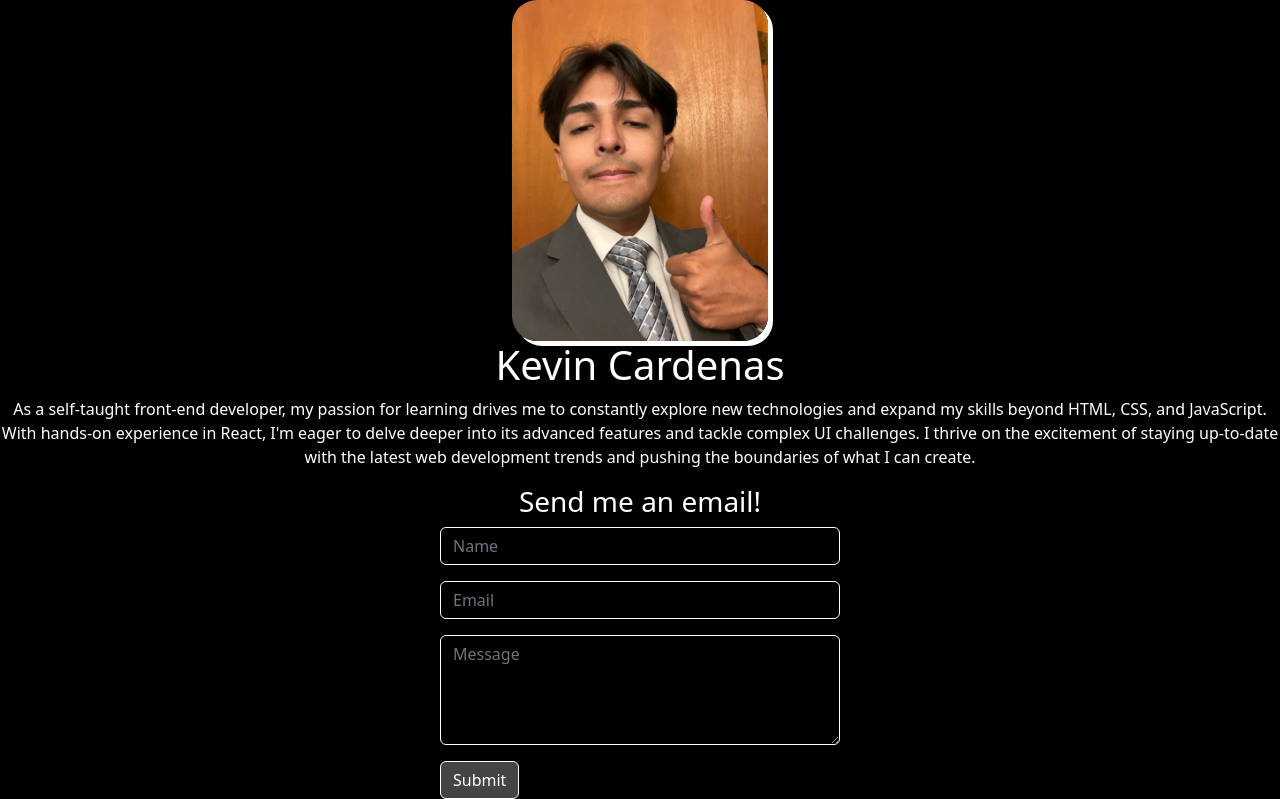
Repository: elqueben/elqueben.github.io
Page: public/index.html
The author's editor kept a copy of each file at every save. The page is drawn from the files as they stood at one save, then again after a run of saves.
The browser window is 1280 px wide. The pictures show the whole page.
The pointer rests on the first visible `.btn-primary`.

Above is the page before, as saved 2023-06-20 12:00:49.

### public/index.html
<!DOCTYPE html>
<html lang="en">
<head>
  <meta charset="UTF-8">
  <meta name="viewport" content="width=device-width, initial-scale=1.0">
  <link rel="stylesheet" href="https://cdn.jsdelivr.net/npm/bootstrap@5.2.3/dist/css/bootstrap.min.css" integrity="sha384-rbsA2VBKQhggwzxH7pPCaAqO46MgnOM80zW1RWuH61DGLwZJEdK2Kadq2F9CUG65" crossorigin="anonymous">
  <link rel="stylesheet" href="styles.css">
  <title>elqueben</title>
</head>
<body>
  <div>
    <img id="pfp" src="me.jpg" />
  </div>
  <h1 class="text-center">Kevin Cardenas</h1>
  <p class="text-center">As a self-taught front-end developer, my passion for learning drives me to constantly explore new technologies and expand my skills beyond HTML, CSS, and JavaScript. With hands-on experience in React, I'm eager to delve deeper into its advanced features and tackle complex UI challenges. I thrive on the excitement of staying up-to-date with the latest web development trends and pushing the boundaries of what I can create.</p>
  <div>
    <div>
      <h3 class="text-center">Send me an email!</h3>
      <form class="my-form">
        <div class="mb-3">
          <input type="text" name="name" class="form-control" placeholder="Name">
        </div>
        <div class="mb-3">
          <input type="email" name="email" class="form-control" placeholder="Email">
        </div>
        <div class="mb-3">
          <textarea class="form-control" rows="4" placeholder="Message"></textarea>
        </div>
        <button type="submit" class="btn btn-primary">Submit</button>
      </form>
    </div>
  </div>
</body>
</html>

### public/styles.css
#pfp {
    width: 20%;
    display: block;
    margin: 0 auto;
    border: 2px;
    border-radius: 25px;
    box-shadow: 5px 5px;
  }

body {
  background-color: #000;
  color: #fff;
}

.my-form {
  max-width: 400px;
  margin: 0 auto;
}

.form-control {
  background-color: #000;
  border: 1px solid #fff;
  color: #fff;
}

.btn-primary {
  background-color: #000;
  border-color: #fff;
}

.btn-primary:hover {
    background-color: #444;
    border-color: #fff;
    color: #fff;
  }

After the next 3 saves:
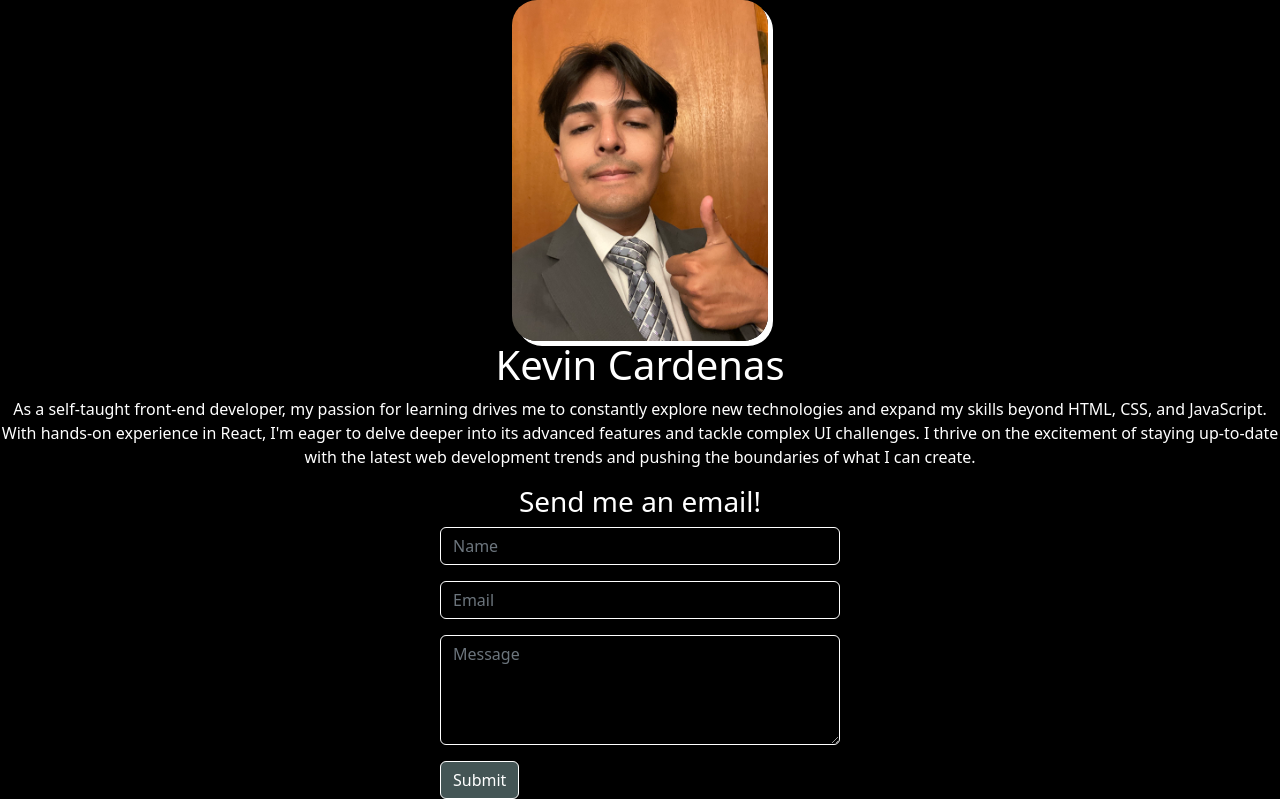
The 3 saves are shown as one change because they came seconds apart.
The last was saved 11 s later.
--- a/public/styles.css
+++ b/public/styles.css
@@ -29,7 +29,7 @@ body {
 }
 
 .btn-primary:hover {
-    background-color: #444;
+    background-color: #455;
     border-color: #fff;
     color: #fff;
   }
